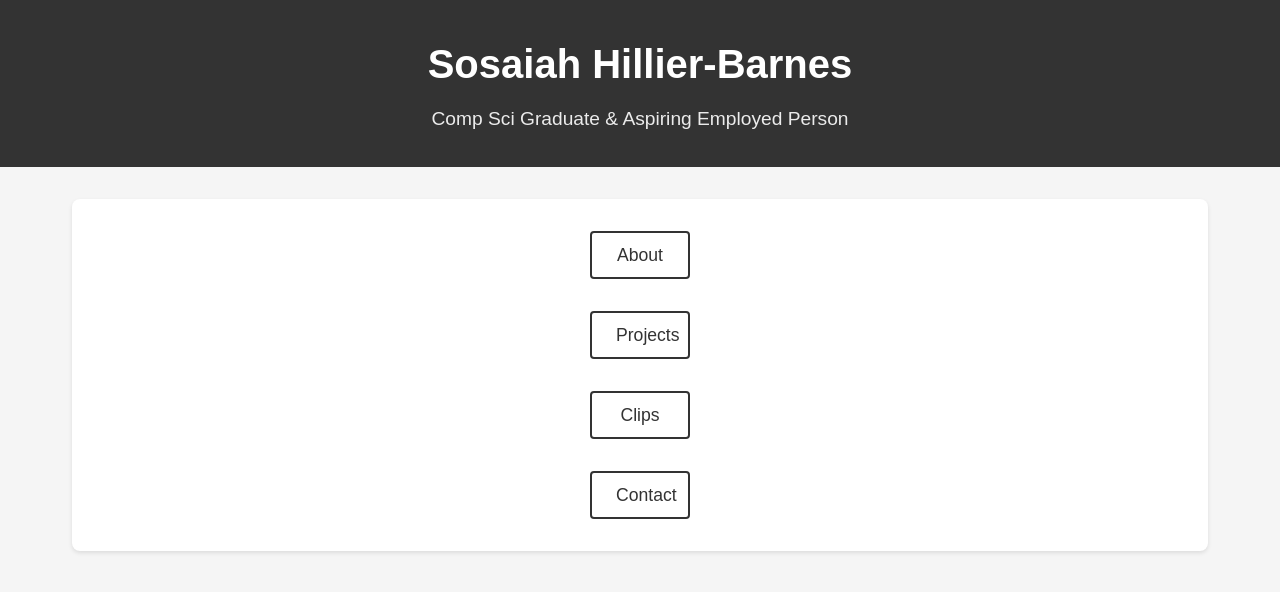
Repository: Hillier-Barnes/PortfolioWebsiteNew
Page: /
An editor plug-in stored every save of this project. The page is shown before and after the next save, followed by the edit.
The browser window is 1280 px wide. The pictures show the whole page.
The project was rebuilt for these pictures with package versions that can differ from the ones it lists, and the page was loaded fresh each time. Also part of the build but not shown: vite.config.js.

Above is the page before, as saved 2025-11-12 14:38:47.

### index.html
<!DOCTYPE html>
<html lang="en">
<head>
  <meta charset="UTF-8">
  <meta name="viewport" content="width=device-width, initial-scale=1">
  <title>My Portfolio</title>
  <link rel="stylesheet" href="styles.css">
</head>

<body>
  <header>
    <h1>Sosaiah Hillier-Barnes</h1>
    <p>Comp Sci Graduate &amp; Aspiring Employed Person</p>
  </header>

  <main class="container">
    <section class="projects" id="projects">
        <nav>
            <a href="#about">About</a>
            <a href="#projects">Projects</a>
            <a href="#clips">Clips</a>
            <a href="#contact">Contact</a>
          </nav>
    </section>
  </main>
</body>
</html>

### styles.css
/* Simple Reset */
* {
  margin: 0;
  padding: 0;
  box-sizing: border-box;
}

body {
  font-family: Arial, sans-serif;
  line-height: 1.6;
  color: #333;
  background-color: #f5f5f5;
}

/* Header */
header {
  background-color: #333;
  color: white;
  padding: 2rem;
  text-align: center;
}

header h1 {
  font-size: 2.5rem;
  margin-bottom: 0.5rem;
}

header p {
  font-size: 1.2rem;
  opacity: 0.9;
}

/* Container */
.container {
  max-width: 1200px;
  margin: 0 auto;
  padding: 2rem;
}

/* Navigation */
nav {
  display: flex;
  flex-direction: column;
  align-items: center;
  gap: 2rem;
  padding: 2rem;
  background-color: rgb(255, 255, 255);
  border-radius: 8px;
  box-shadow: 0 2px 4px rgba(0,0,0,0.1);
}


nav a {
  color: #333;
  text-decoration: none;
  font-size: 1.1rem;
  padding: 0.5rem 1.5rem;
  border: 2px solid #333;
  border-radius: 4px;
  transition: all 0.3s ease;
  flex: 1 1 0;
  text-align: center;
  min-width: 100px;
  max-width: 100px;
  box-sizing: border-box;
}

nav a:hover {
  background-color: #333;
  color: white;
}

/* Responsive */
@media (max-width: 768px) {
  header h1 {
    font-size: 2rem;
  }

  nav {
    flex-direction: column;
    gap: 1rem;
  }

  nav a {
    text-align: center;
  }
}

After the next save:
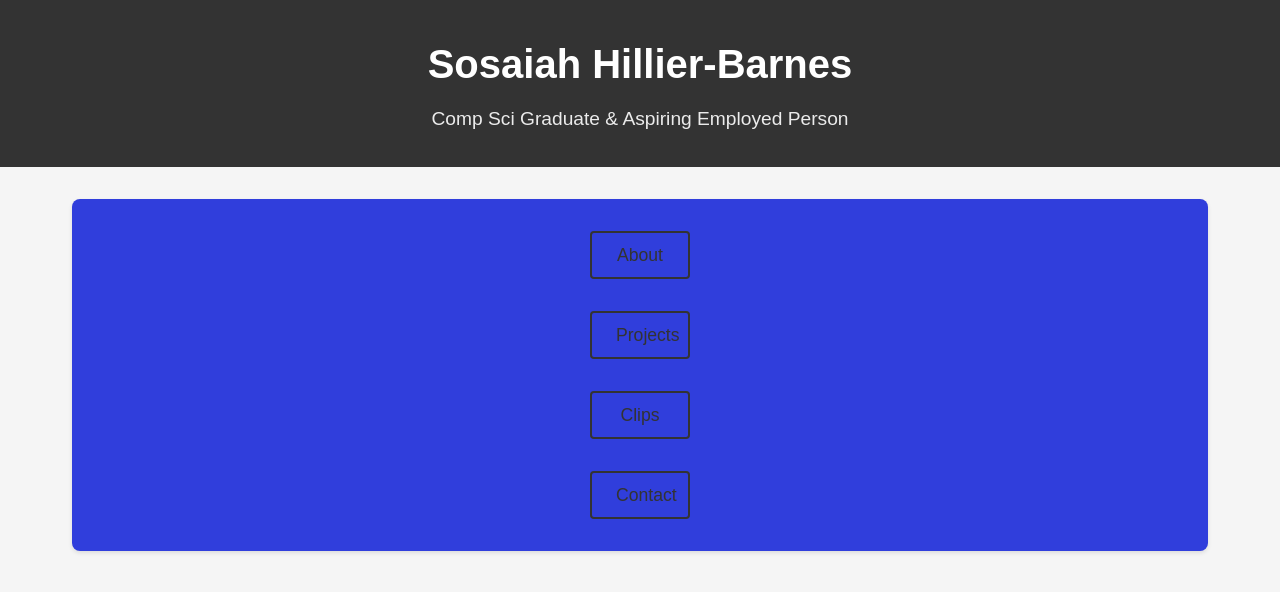
Saved 15 s later.
--- a/styles.css
+++ b/styles.css
@@ -44,7 +44,7 @@ nav {
   align-items: center;
   gap: 2rem;
   padding: 2rem;
-  background-color: rgb(255, 255, 255);
+  background-color: rgb(48, 62, 220);
   border-radius: 8px;
   box-shadow: 0 2px 4px rgba(0,0,0,0.1);
 }
